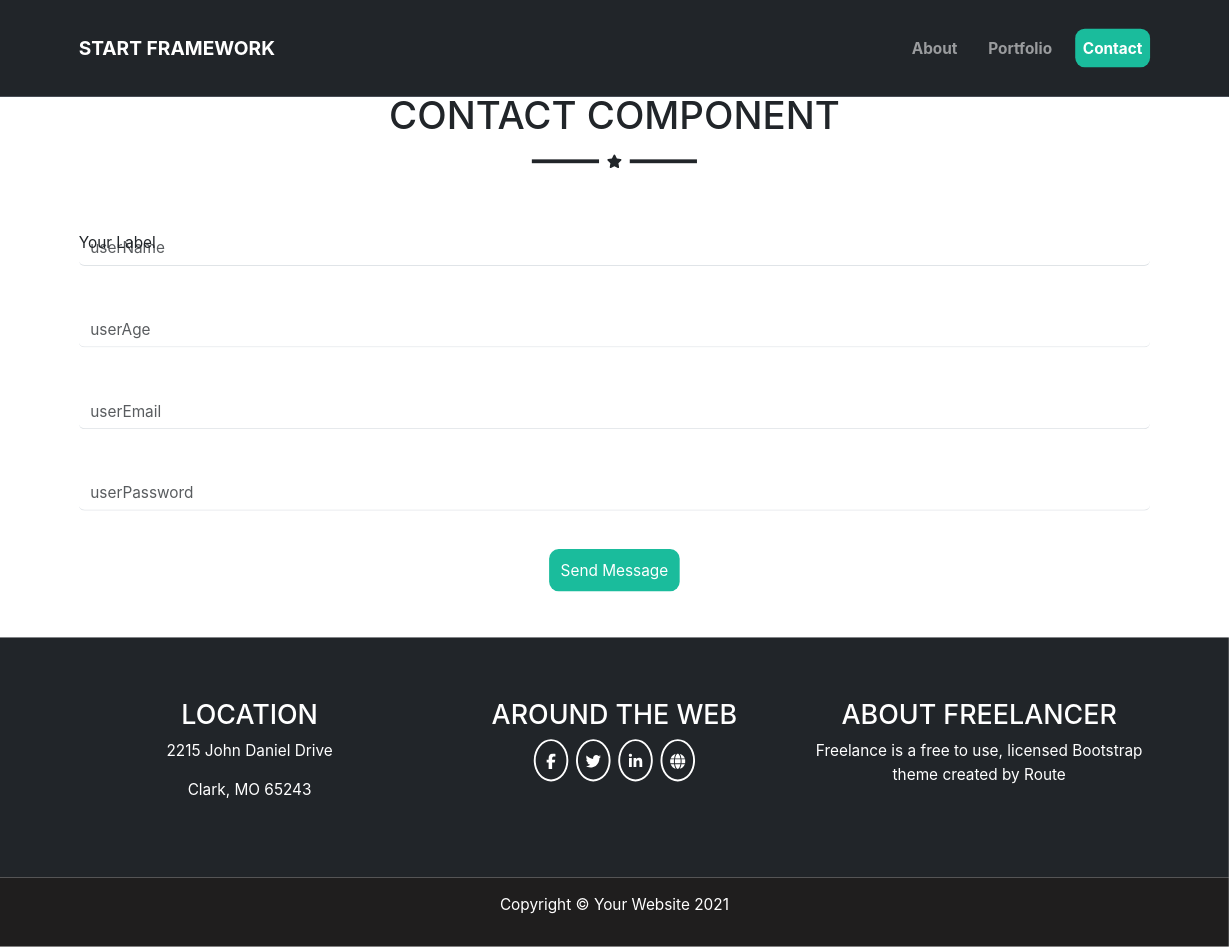
Repository: YomnaWegdan/startFramework
Page: /contact
The author's editor kept a copy of each file at every save. The page is drawn from the files as they stood at one save, then again after a run of saves.
The browser window is 1280 px wide. The pictures show the whole page, at 96% of full size.
The project was rebuilt for these pictures with package versions that can differ from the ones it lists, and the page was loaded fresh each time. Also part of the build but not shown: src/Components/Home.jsx, src/Components/About.jsx, src/Components/Error.jsx, src/Components/Portfolio.jsx.

Above is the page before, as saved 2024-02-06 00:45:06.

### src/index.js
import React from 'react';
import ReactDOM from 'react-dom/client';
import 'bootstrap/dist/css/bootstrap.min.css'
import 'bootstrap/dist/js/bootstrap.bundle.min.js'

import './index.css';
import App from './App';
import reportWebVitals from './reportWebVitals';

const root = ReactDOM.createRoot(document.getElementById('root'));
root.render(
  <React.StrictMode>
    <App />
  </React.StrictMode>
);

// If you want to start measuring performance in your app, pass a function
// to log results (for example: reportWebVitals(console.log))
// or send to an analytics endpoint. Learn more: https://bit.ly/CRA-vitals
reportWebVitals();

### src/index.css
body {
  margin: 0;
  font-family: -apple-system, BlinkMacSystemFont, 'Segoe UI', 'Roboto', 'Oxygen',
    'Ubuntu', 'Cantarell', 'Fira Sans', 'Droid Sans', 'Helvetica Neue',
    sans-serif;
  -webkit-font-smoothing: antialiased;
  -moz-osx-font-smoothing: grayscale;
}

code {
  font-family: source-code-pro, Menlo, Monaco, Consolas, 'Courier New',
    monospace;
}
.w-20{
  width: 20%;
}
.navbar{
  transition: 0.5s all;
}
.home , .about{
  background-color: #1ABC9C;
}
.line{
  background-color: white;
  width: 70px;
  height: 4px;
}
h2{
  font-size: 40px;
}
h3{
  font-weight: 500;
  font-size: 28px;
}
.footer-header {
  background-color: #212529;
}
div.footer{
  background-color: #1f1e1e;
}
.active{
  background-color: #1ABC9C;
  border-radius: 10px;
  color: white;
}

div.inner .img-overlay{
  transition: 0.8s all;
}

div.inner:hover .img-overlay{
  background-color: #1abc9ce6 !important;
  position: absolute;
  top: 0;
  left: 0;
  width: 100%;
  height: 100%;
}

div.inner:hover .plus{
  display: block;
  font-size: 100px;
  color: white;

}
.model{
  background-color: rgba(0, 0, 0, 0.6) !important;
}
.form-control:focus {
  border-color: #eee;
  box-shadow: none;
}
  button{
    background-color: #1ABC9C;
    border: none;
    padding: 10px 12px;
    border-radius: 10px;
    color: white;
    margin-top: 40px ;
  }








  /* .contact label {
    position: absolute;
    top: 50%;
    left: 10px;
    transform: translateY(-50%);
    pointer-events: none;
    transition: transform 0.3s, font-size 0.3s;
  }

  .contact .focused label {
    transform: translateY(-100%) scale(0.8);
  }
   */

### src/App.js
import { RouterProvider, createBrowserRouter } from 'react-router-dom';
import './App.css';
import Layout from './Components/Layout';
import Home from './Components/Home';
import About from './Components/About';
import Contact from './Components/Contact';
import Error from './Components/Error';
import Portfolio from './Components/Portfolio';

function App() {

  let routes = createBrowserRouter([{
    path:'', element:<Layout/> , children:[
      {index:true , element:<Home/>},
      {path:'/about' , element:<About/>},
      {path:'/portfolio' , element:<Portfolio/>},
      {path:'/contact' , element:<Contact/>},
      {path:'*' , element:<Error/>},




    ]
  }])
  return (
    <div className="App">
    <RouterProvider router={routes}></RouterProvider>
    </div>
  );
}

export default App;

### src/Components/Layout.jsx
import React from 'react'
import Navbar from './Navbar'
import { Outlet } from 'react-router-dom'
import Footer from './Footer'

export default function Layout() {
  return (
    <div>
      <Navbar/>
      <Outlet></Outlet>
      <Footer/>
    </div>
  )
}

### src/Components/Contact.jsx
import React, { Fragment, useState } from "react";
import { FaStar } from "react-icons/fa6";

export default function Contact() {
  const [isFocused, setIsFocused] = useState(false);

  const handleFocus=()=>{
    setIsFocused(true)
  }

  return (
    <Fragment>
      <section className="contact py-5  ">
        <div className="container h-100">
          <div className="row g-5 h-100 align-items-center justify-content-center align-content-center">
            <div className="col-md-12">
              <h2 className="pt-5">CONTACT COMPONENT</h2>
              <div className="d-flex justify-content-center align-items-center my-3">
                <div className="line text-bg-dark"></div>
                <FaStar className=" mx-2 " />
                <div className="line text-bg-dark"></div>
              </div>
            </div>

            <div className=" col-md-12">
              <form onClick={(e)=> e.preventDefault()}>
              <div className='position-relative'>
                <input
                  className=" form-control border-top-0 border-start-0 border-end-0  border-bottom-3 "
                  placeholder="userName"
                  name="name"
                  onFocus={handleFocus}
                />
                <label className=" position-absolute start-0 top-0" htmlFor="yourInput">Your Label</label>
                </div>


                <input
                  className=" form-control border-top-0 border-start-0 border-end-0  border-bottom-3 my-5"
                  placeholder="userAge"
                  name="age"
                  type="number"
                />
                <input
                  className=" form-control border-top-0 border-start-0 border-end-0  border-bottom-3 mb-5"
                  placeholder="userEmail"
                  name="email"
                  type="email"
                />
                <input
                  className=" form-control border-top-0 border-start-0 border-end-0  border-bottom-3"
                  placeholder="userPassword"
                  name="password"
                  type=" password"
                />
                <button className="">Send Message</button>
              </form>
            </div>
          </div>
        </div>
      </section>
    </Fragment>
  );
}

### src/Components/Navbar.jsx
import React, { useEffect, useState } from "react";
import { Link, NavLink } from "react-router-dom";

export default function Navbar() {
  const [scroll , setScroll] = useState(0)

  const handleScroll=()=>{
    setScroll(window.scrollY)
  }
  const navbarPadding = scroll > 100 ? '15px' : '30px';
  window.addEventListener('scroll', handleScroll);
  return (
    <>
      <nav style={{padding:navbarPadding}}
        className="navbar navbar-expand-lg bg-dark border-bottom border-body  fixed-top fw-bold  "
        data-bs-theme="dark"
      >
        <div className="container">
          <Link className="navbar-brand" to="/">
            START FRAMEWORK
          </Link>
          <button
            className="navbar-toggler"
            type="button"
            data-bs-toggle="collapse"
            data-bs-target="#navbarSupportedContent"
            aria-controls="navbarSupportedContent"
            aria-expanded="false"
            aria-label="Toggle navigation"
          >
            <span className="navbar-toggler-icon"></span>
          </button>
          <div className="collapse navbar-collapse" id="navbarSupportedContent">
            <ul className="navbar-nav ms-auto mb-2 mb-lg-0">
              <li className="nav-item">
                <NavLink className="nav-link" to="/about">
                  About
                </NavLink>
              </li>
              <li className="nav-item mx-3">
                <NavLink className="nav-link" to="/portfolio">
                  Portfolio
                </NavLink>
              </li>
              <li className="nav-item">
                <NavLink className="nav-link" to="/Contact">
                  Contact
                </NavLink>
              </li>
            </ul>
          </div>
        </div>
      </nav>
    </>
  );
}

### src/Components/Footer.jsx
import React from "react";
import { FaFacebookF, FaGlobe, FaLinkedinIn, FaTwitter } from "react-icons/fa6";

export default function Footer() {
  return (
    <>
      <footer className=" text-white">
      <div className="footer-header py-5">
        <div className="container py-3">
          <div className="row">
            <div className="col-lg-4 col-md-6">
              <h3>LOCATION</h3>
              <p>2215 John Daniel Drive</p>
              <p>Clark, MO 65243</p>
            </div>
            <div className="col-lg-4 col-md-6">
            <h3>AROUND THE WEB</h3>
            <ul className="d-flex justify-content-center align-items-center list-unstyled">
            <li className="p-2 rounded-circle border border-white border-2"> <FaFacebookF /> </li>
            <li className="p-2 rounded-circle border border-white border-2 mx-2"> <FaTwitter/> </li>
            <li className="p-2 rounded-circle border border-white border-2 me-2"> <FaLinkedinIn /> </li>
            <li className="p-2 rounded-circle border border-white border-2"> <FaGlobe /> </li>
            </ul>
            </div>
            <div className="col-lg-4 col-md-6">
              <h3>ABOUT FREELANCER</h3>
              <p>Freelance is a free to use, licensed Bootstrap theme created by Route</p>
            </div>
          </div>
        </div>
        </div>
        <div className="footer py-3">
        <p>Copyright © Your Website 2021</p>
        </div>
      </footer>

    </>
  );
}

Loaded but not shown: public/index.html (common file); src/reportWebVitals.js (common file); src/App.css (common file)

After the next 3 saves:
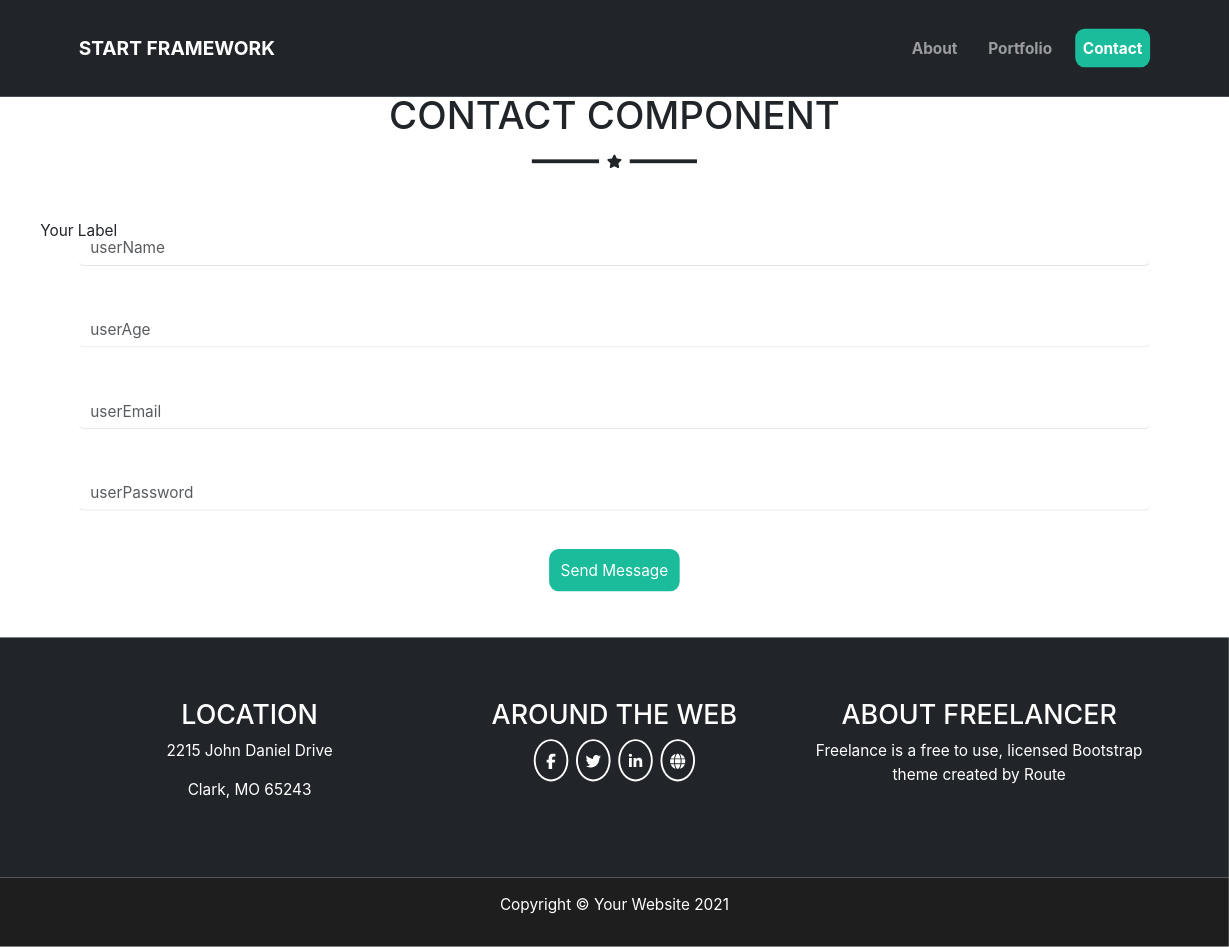
The 3 saves are shown as one change because they came seconds apart.
The last was saved 15 s later.
--- a/src/Components/Contact.jsx
+++ b/src/Components/Contact.jsx
@@ -31,7 +31,7 @@ export default function Contact() {
                   name="name"
                   onFocus={handleFocus}
                 />
-                <label className=" position-absolute start-0 top-0" htmlFor="yourInput">Your Label</label>
+                <label className=" position-absolute start-0 top-0 translate-middle" htmlFor="yourInput">Your Label</label>
                 </div>
 
 
